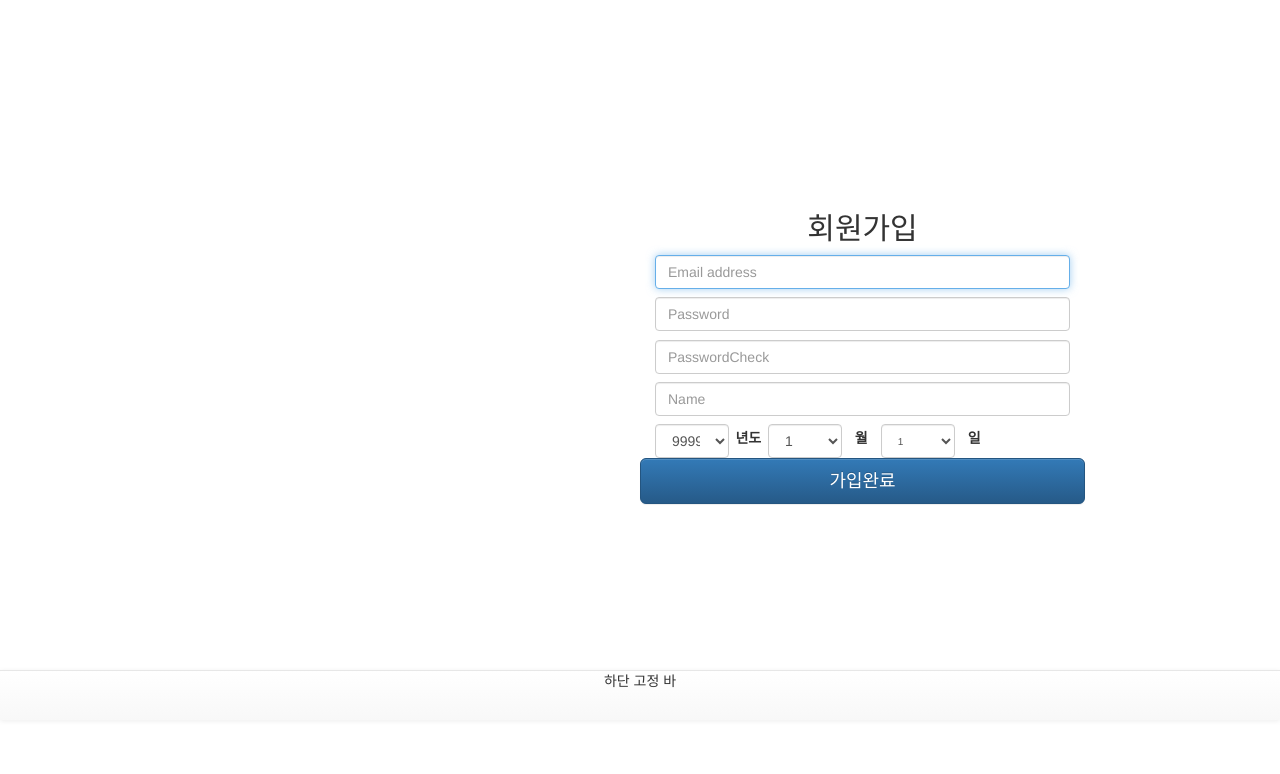
Repository: hrhwbp/Acorn-Final-Project
Page: http://localhost/final_project/index.jsp
These files come from the project's save history. The page is drawn as it stood at one moment and after the next save; the edit follows.
The browser window is 1280 px wide. The pictures show the whole page.
Some web libraries are served in a nearby version. The page is served by Tomcat 9. Nobody is signed in. The application's start-up code is not run. Other server files are loaded and not shown.

Above is the page before, as saved 2016-10-26 06:58:11.

### final_project/src/main/webapp/index.jsp
<%@ page language="java" contentType="text/html; charset=UTF-8"
	pageEncoding="UTF-8"%>
<!DOCTYPE html">
<html>
<head>
<meta http-equiv="Content-Type" content="text/html; charset=UTF-8">
<title>REMIND</title>
<!-- 합쳐지고 최소화된 최신 CSS -->
<link rel="stylesheet"
	href="https://maxcdn.bootstrapcdn.com/bootstrap/3.3.2/css/bootstrap.min.css">
<!-- 부가적인 테마 -->
<link rel="stylesheet"
	href="https://maxcdn.bootstrapcdn.com/bootstrap/3.3.2/css/bootstrap-theme.min.css">
<style type="text/css">
.top_pd {
	padding-top: 2%;
}

.bottom_pd {
	padding-bottom: 2%;
}

.main_pd {
	padding-top: 15%;
	padding-bottom: 20%;
}

.lbl_pd{
	padding-top: 3%
}
</style>
<!-- 합쳐지고 최소화된 최신 자바스크립트 -->
<script
	src="https://ajax.googleapis.com/ajax/libs/jquery/3.1.1/jquery.min.js"></script>
<script
	src="https://maxcdn.bootstrapcdn.com/bootstrap/3.3.2/js/bootstrap.min.js"></script>
</head>
<body class="center-block()">
	<div class="container main_pd">
		<div class="container col-md-5 col-md-offset-1"></div>
		<div class="container col-md-5">
			<div class="row col-md-12 hide">
				<form class="form-signin">
					<h2 class="form-signin-heading text-center">로그인</h2>
					<div class="row">
						<label for="inputEmail" class="sr-only">Email address</label> <input
							type="email" id="inputEmail" class="form-control"
							placeholder="Email address" required autofocus>
					</div>
					<div class="row top_pd bottom_pd">
						<label for="inputPassword" class="sr-only">Password</label> <input
							type="password" id="inputPassword" class="form-control"
							placeholder="Password" required>
					</div>

					<button class="btn btn-lg btn-primary btn-block" type="submit">로그인</button>
				</form>
				<button class="btn btn-lg btn-primary btn-block" type="button">회원가입</button>
			</div>
			<div class="row col-md-12">
				<form class="form-signin">
					<h2 class="form-signin-heading text-center">회원가입</h2>
					<div class="row-md-12">
						<label for="inputEmail" class="sr-only">Email address</label> <input
							type="email" id="inputEmail" class="form-control"
							placeholder="Email address" required autofocus>
					</div>
					<div class="row-md-12 top_pd">
						<label for="inputPassword" class="sr-only">Password</label> <input
							type="password" id="inputPassword" class="form-control"
							placeholder="Password" required>
					</div>
					<div class="row-md-12 top_pd">
						<label for="passwordCheck" class="sr-only">PasswordCheck</label> <input
							type="password" id="passwordCheck" class="form-control"
							placeholder="PasswordCheck" required>
					</div>
					<div class="row-md-12 top_pd">
						<label for="inputName" class="sr-only">Name</label> <input
							type="text" class="form-control" id="inputName"
							placeholder="Name" required>
					</div>
					<div class="row-md-12">
					<div class="row col-md-3 top_pd">
						<select class="form-control">
							<option>9999</option>
							<option>2</option>
							<option>3</option>
							<option>4</option>
							<option>1115</option>
						</select>
					</div>
					<div class="row col-md-2 lbl_pd text-center">
						<label class="">년도</label>
					</div>
					<div class="row col-md-3 top_pd">
						<select class="form-control">
							<option>1</option>
							<option>2</option>
							<option>3</option>
							<option>4</option>
							<option>10</option>
						</select>
					</div>
					<div class="row col-md-2 lbl_pd text-center">
						<label class="">월</label>
					</div>
					<div class="row col-md-3 top_pd">
						<select class="form-control" style="font-size: 10px">
							<option>1</option>
							<option>2</option>
							<option>3</option>
							<option>4</option>
							<option>10</option>
						</select>
					</div>
					<div class="row col-md-2 lbl_pd text-center">
						<label class="">일</label>
					</div>
					</div>
					<div class="row top_pd">
						<button class="btn btn-lg btn-primary btn-block" type="submit">가입완료</button>
					</div>

				</form>

			</div>
		</div>
	</div>
	<%@include file="bottom.jsp"%>
</body>
</html>

### final_project/src/main/webapp/bottom.jsp
<%@ page language="java" contentType="text/html; charset=UTF-8"
    pageEncoding="UTF-8"%>
<!DOCTYPE html PUBLIC "-//W3C//DTD HTML 4.01 Transitional//EN" "http://www.w3.org/TR/html4/loose.dtd">
<html>
<head>
<meta http-equiv="Content-Type" content="text/html; charset=UTF-8">
<title>Insert title here</title>
</head>
<body>
<nav class="navbar navbar-default navbar-fixed-bottom">
  <div class="container">
  	<div class="row text-center">
  	 	하단 고정 바
  	</div>
  </div>
</nav>
</body>
</html>

After the next save:
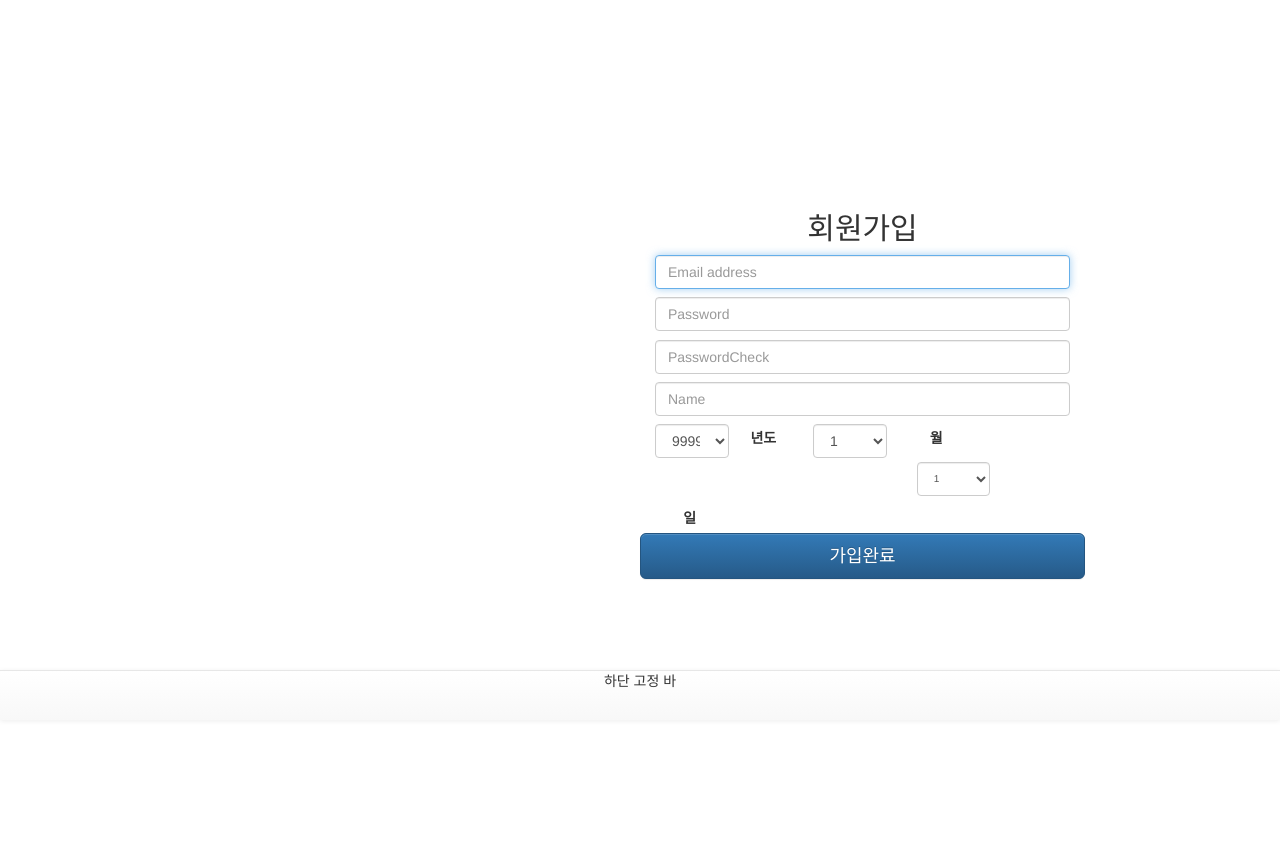
Saved 31 s later.
--- a/final_project/src/main/webapp/index.jsp
+++ b/final_project/src/main/webapp/index.jsp
@@ -90,10 +90,10 @@
 							<option>1115</option>
 						</select>
 					</div>
-					<div class="row col-md-2 lbl_pd text-center">
+					<div class="col-md-2 lbl_pd text-center">
 						<label class="">년도</label>
 					</div>
-					<div class="row col-md-3 top_pd">
+					<div class="col-md-3 top_pd">
 						<select class="form-control">
 							<option>1</option>
 							<option>2</option>
@@ -102,10 +102,10 @@
 							<option>10</option>
 						</select>
 					</div>
-					<div class="row col-md-2 lbl_pd text-center">
+					<div class="col-md-2 lbl_pd text-center">
 						<label class="">월</label>
 					</div>
-					<div class="row col-md-3 top_pd">
+					<div class="col-md-3 top_pd">
 						<select class="form-control" style="font-size: 10px">
 							<option>1</option>
 							<option>2</option>
@@ -114,7 +114,7 @@
 							<option>10</option>
 						</select>
 					</div>
-					<div class="row col-md-2 lbl_pd text-center">
+					<div class="col-md-2 lbl_pd text-center">
 						<label class="">일</label>
 					</div>
 					</div>
